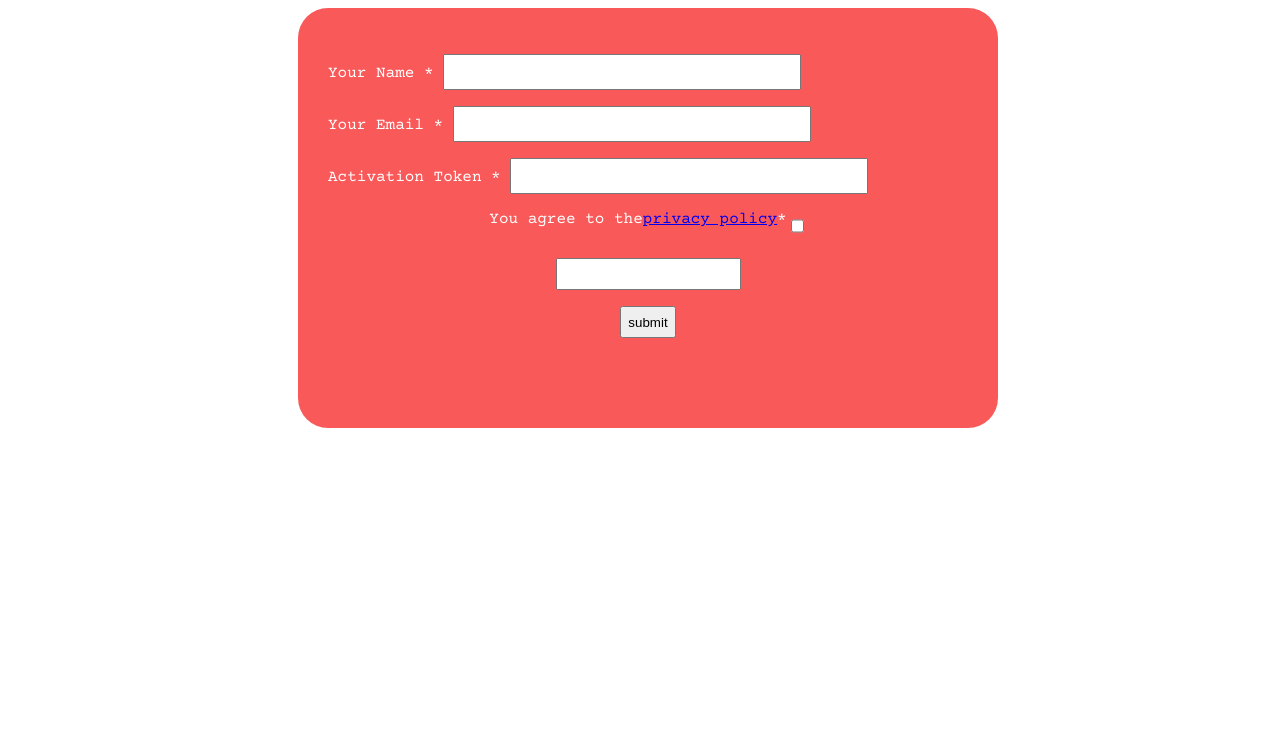
Repository: Rachael4life/Assignment-1
Page: starter-code/src/index.html
The author's editor kept a copy of each file at every save. The page is drawn from the files as they stood at one save, then again after a run of saves.
The browser window is 1280 px wide. The page is 1288 px wide, so the pictures cover 1288 px, including what lies to the right of the window. The pictures show the whole page.

Above is the page before, as saved 2022-02-25 15:31:10.

After the next 8 saves:
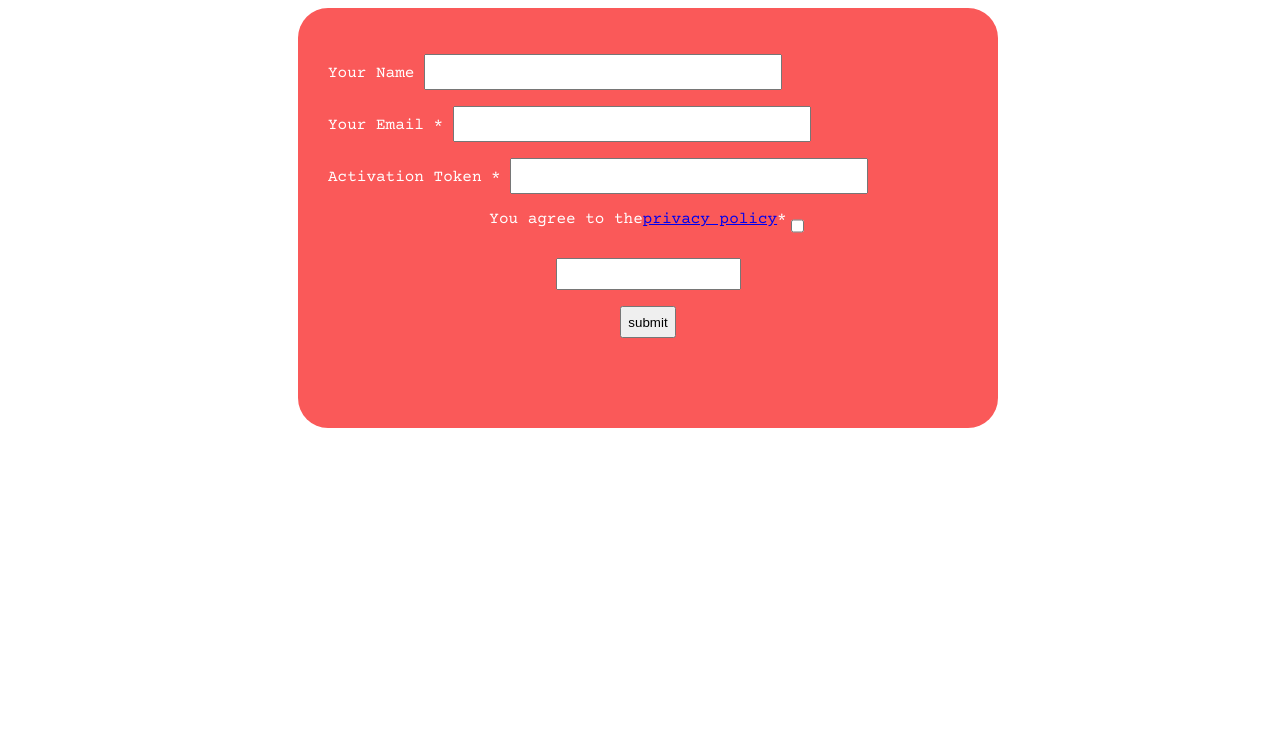
The 8 saves are shown as one change because they came seconds apart.
The last was saved 40 s later.
--- a/starter-code/src/index.html
+++ b/starter-code/src/index.html
@@ -15,7 +15,7 @@
 
         <form class="kimchi">
             <div> <p></p>
-                <label for="name">Your Name *</label>
+                <label for="name">Your Name <span class=""</label>
                 <input class="formgroup" type="text" name="name" id="name" placeholder="">
             </div>
             <div> <p></p>

After the 6 saves that followed:
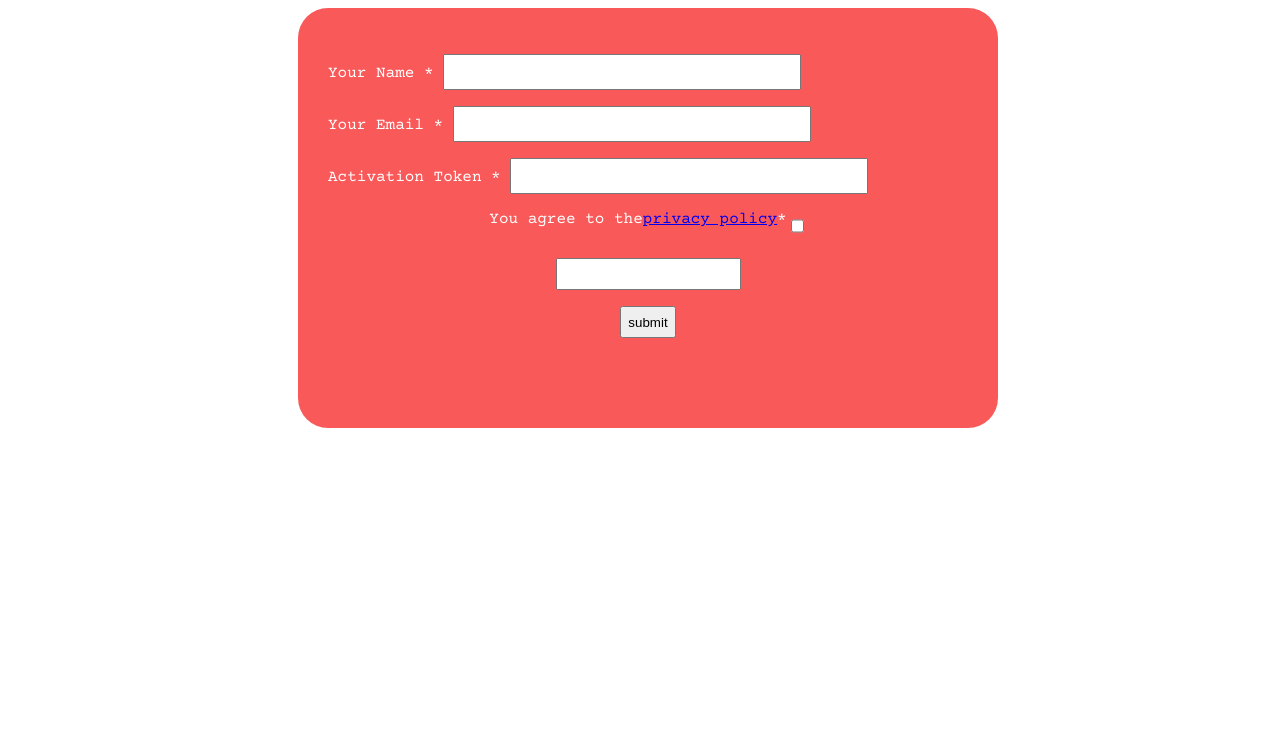
The 6 saves are shown as one change because 2 left the picture as it was and some came seconds apart.
The last was saved 40 s later.
--- a/starter-code/src/index.html
+++ b/starter-code/src/index.html
@@ -15,7 +15,7 @@
 
         <form class="kimchi">
             <div> <p></p>
-                <label for="name">Your Name <span class=""</label>
+                <label for="name">Your Name <span class="asteric">*</span></label>
                 <input class="formgroup" type="text" name="name" id="name" placeholder="">
             </div>
             <div> <p></p>
